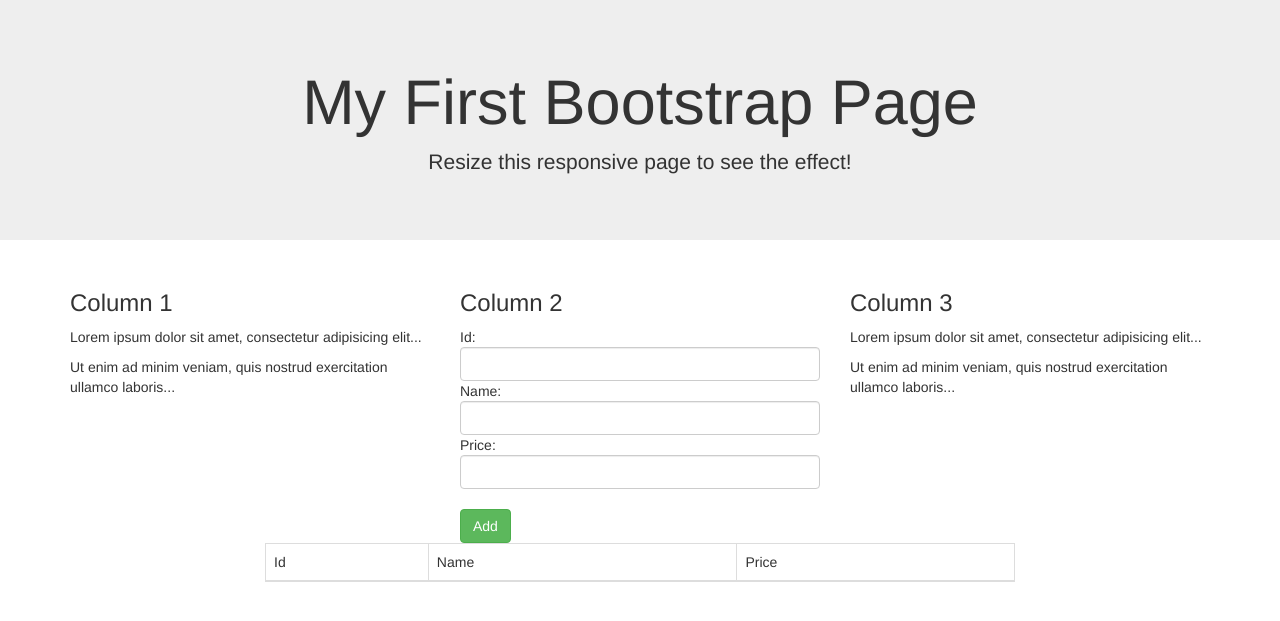
Repository: jagasia/wipro16feb
Page: http://localhost/mvc-1/WEB-INF/jsp/product.jsp
The author's editor kept a copy of each file at every save. The page is drawn from the files as they stood at one save, then again after the next save.
The browser window is 1280 px wide. The pictures show the whole page.
The page is served by Tomcat 9. Nobody is signed in. Other server files are loaded and not shown. The template is opened directly, without the code that normally fills it, so the values that code supplies are empty.

Above is the page before, as saved 2023-02-16 09:17:53.

### mvc-1/src/main/webapp/WEB-INF/jsp/product.jsp
<%@ page language="java" contentType="text/html; charset=ISO-8859-1"
    pageEncoding="ISO-8859-1"%>
<!DOCTYPE html>
<html>
<head>
<meta charset="ISO-8859-1">
<title>Insert title here</title>
<link rel="stylesheet" href="https://maxcdn.bootstrapcdn.com/bootstrap/3.4.1/css/bootstrap.min.css">
  <script src="https://ajax.googleapis.com/ajax/libs/jquery/3.6.3/jquery.min.js"></script>
  <script src="https://maxcdn.bootstrapcdn.com/bootstrap/3.4.1/js/bootstrap.min.js"></script>
</head>
<body>
<div class="jumbotron text-center">
  <h1>My First Bootstrap Page</h1>
  <p>Resize this responsive page to see the effect!</p>
</div>

<div class="container">
  <div class="row">
    <div class="col-sm-4">
      <h3>Column 1</h3>
      <p>Lorem ipsum dolor sit amet, consectetur adipisicing elit...</p>
      <p>Ut enim ad minim veniam, quis nostrud exercitation ullamco laboris...</p>
    </div>
    <div class="col-sm-4">
      <h3>Column 2</h3>
      <form>
      	Id:<input type="number" class="form-control" name="id" />
      	Name:<input type="text" class="form-control" name="name" />
      	Price:<input type="number" class="form-control" name="price" /><br/>
      	<input type="submit" value="Add" name="add" class="btn btn-success" />
      </form>
    </div>
    <div class="col-sm-4">
      <h3>Column 3</h3>
      <p>Lorem ipsum dolor sit amet, consectetur adipisicing elit...</p>
      <p>Ut enim ad minim veniam, quis nostrud exercitation ullamco laboris...</p>
    </div>
  </div>
  <div class="row">
  	<div class="col-sm-2"></div>
  	<div class="col-sm-8">
  		<table class="table table-bordered table-striped table-hover">
  			<thead>
  				<tr>
  					<td>Id</td><td>Name</td><td>Price</td>
  				</tr>
  			</thead>
  		</table>
  	</div>
  	<div class="col-sm-2"></div>
  </div>
</div>

</body>
</html>

After the next save:
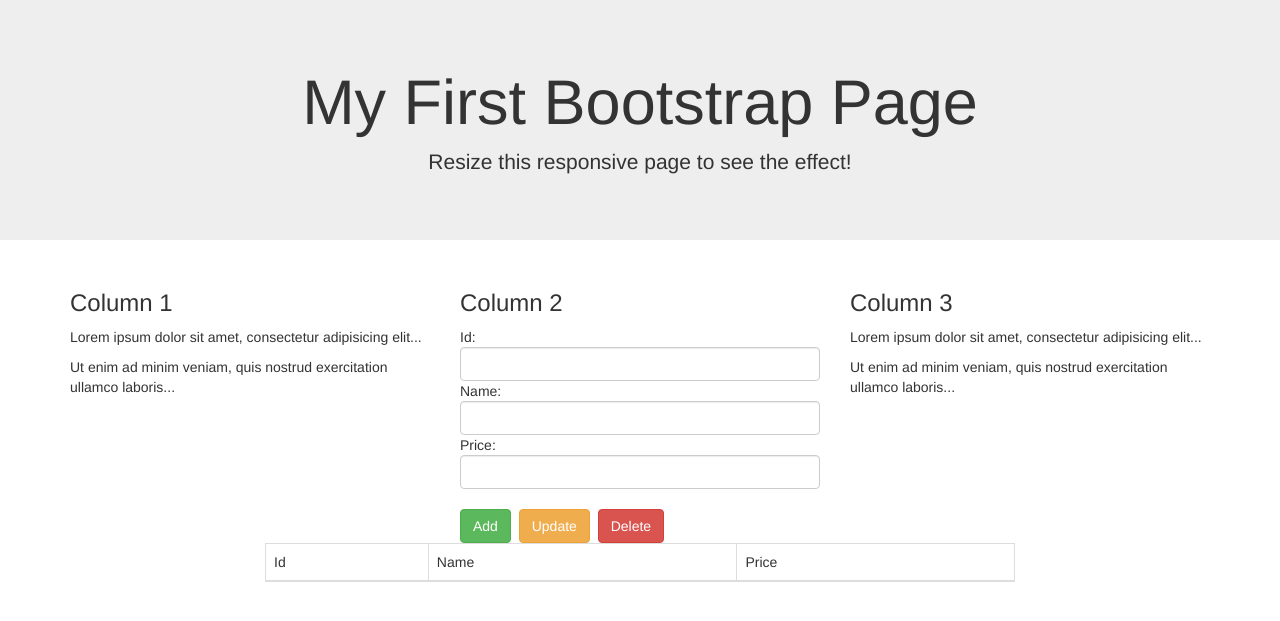
Saved 25 s later.
--- a/mvc-1/src/main/webapp/WEB-INF/jsp/product.jsp
+++ b/mvc-1/src/main/webapp/WEB-INF/jsp/product.jsp
@@ -28,7 +28,10 @@
       	Id:<input type="number" class="form-control" name="id" />
       	Name:<input type="text" class="form-control" name="name" />
       	Price:<input type="number" class="form-control" name="price" /><br/>
-      	<input type="submit" value="Add" name="add" class="btn btn-success" />
+      	<input type="submit" value="Add" name="add" class="btn btn-success" />&nbsp;
+      	<input type="submit" value="Update" name="update" class="btn btn-warning" />&nbsp;
+      	<input type="submit" value="Delete" name="delete" class="btn btn-danger" />&nbsp;
+
       </form>
     </div>
     <div class="col-sm-4">
